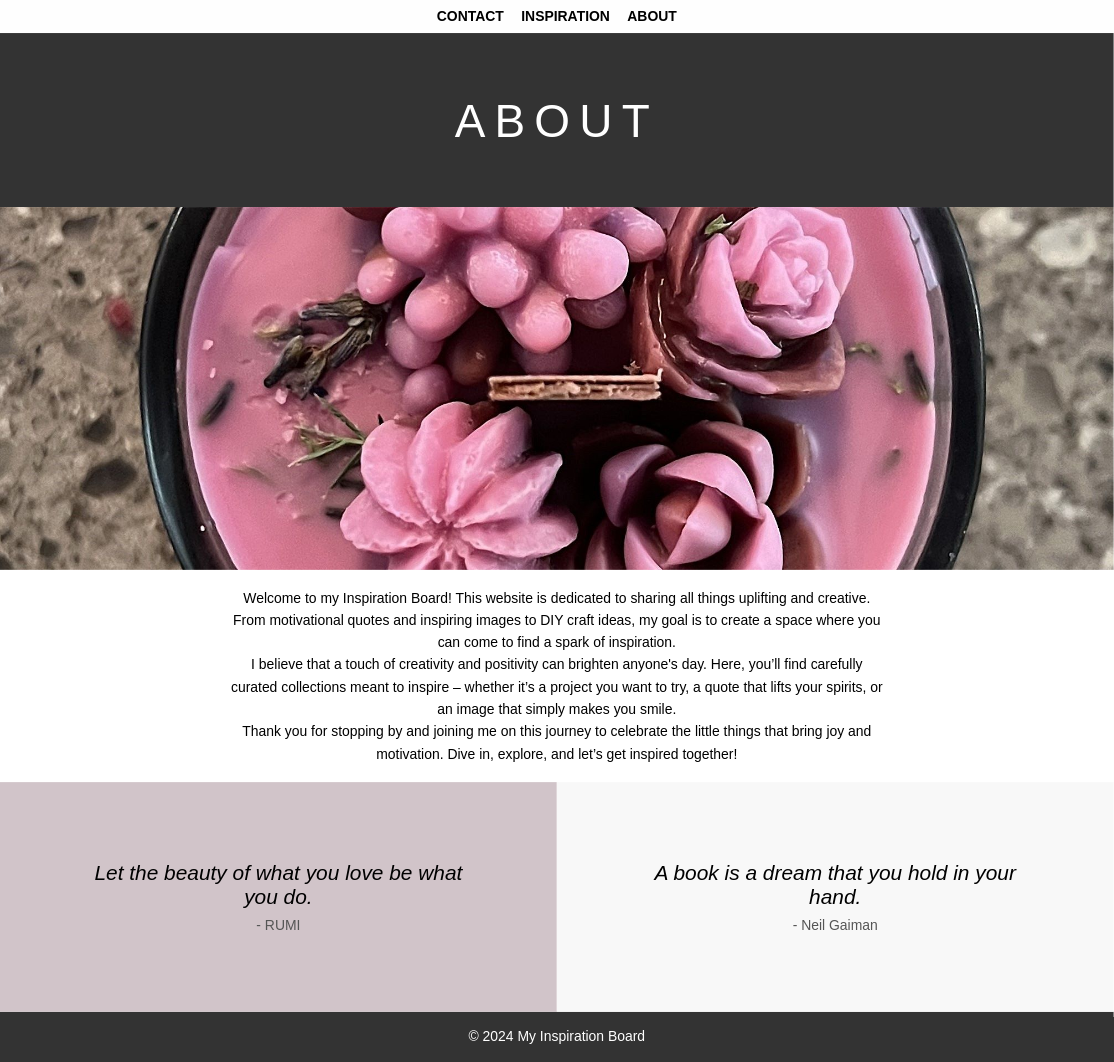
Repository: Brittany-Westlund/MART341-WebDesign
Page: WebDesignHomework/Assignment11/about.html
An editor plug-in stored every save of this project. The page is shown before and after the next save, followed by the edit.
The browser window is 1280 px wide. The pictures show the whole page, at 87% of full size.

Above is the page before, as saved 2024-11-03 20:04:40.

### WebDesignHomework/Assignment11/about.html
<!DOCTYPE html>
<html lang="en">
<head>
    <meta charset="UTF-8">
    <meta name="viewport" content="width=device-width, initial-scale=1.0">
    <title>My Inspiration Board</title>
    <link rel="stylesheet" href="style/style.css">
</head>
<body>

    <!-- Navigation -->
    <nav>
        <ul>
            <li><a href="contact.html">CONTACT</a></li>
            <li><a href="index.html">INSPIRATION</a></li>
            <li><a href="about.html">ABOUT</a></li>
        </ul>
    </nav>


    <div class="banner">ABOUT</div>

    <!-- Full-width image section -->
    <div>
        <img class="banner-image" src="images/succulent_candle_topview_banner.jpg">
    </div>

    <div class="about-section">
        <p>Welcome to my Inspiration Board! This website is dedicated to sharing all things uplifting and creative. From motivational quotes and inspiring images to DIY craft ideas, my goal is to create a space where you can come to find a spark of inspiration.</p>

        <p>I believe that a touch of creativity and positivity can brighten anyone's day. Here, you’ll find carefully curated collections meant to inspire – whether it’s a project you want to try, a quote that lifts your spirits, or an image that simply makes you smile.</p>

        <p>Thank you for stopping by and joining me on this journey to celebrate the little things that bring joy and motivation. Dive in, explore, and let’s get inspired together!</p>
    </div>

    <div class="two-column-block">
        <div class="left-section">
            <blockquote>Let the beauty of what you love be what you do.</blockquote>
            <p id="quote-author">- RUMI</p>
        </div>
        <div class="right-section">
            <blockquote>A book is a dream that you hold in your hand.</blockquote>
            <p id="quote-author">- Neil Gaiman</p>
        </div>
    </div>

    <!--
    Full-width video section if needed
    <div>
        <video class="full-width-video" autoplay muted loop>
            <source src="" type="video/mp4">
            Your browser does not support the video tag.
        </video>
    </div>

     Full-width image section if needed
    <div>
        <img class="banner-image" src="">
    </div>
    -->

    <!-- Footer -->
    <footer>
        &copy; 2024 My Inspiration Board
    </footer>
</body>
</html>

### WebDesignHomework/Assignment11/style/style.css
/* Reset default styles */
* {
    margin: 0;
    padding: 0;
    box-sizing: border-box;
}

body {
    font-family: Arial, sans-serif;
}

/* Navigation styling */
nav {
    background-color: #fefefe;
    padding: 10px;
    text-align: center;
}

nav ul {
    list-style-type: none;
    display: flex;
    justify-content: center;
    gap: 20px;
}

nav ul li a {
    color: #000;
    text-decoration: none;
    font-weight: bold;
}

/* Dark gray banner styling */
.banner {
    height: 200px;
    background-color: #333;
    color: white;
    display: flex;
    align-items: center;
    justify-content: center;
    font-size: 3.3em;
    text-align: center;
    letter-spacing: 0.2em;
}

/* Banner image styling */
.banner-image {
    width: 100%;
    height: auto;
    display: block;
}

/* Two-column block styling */
.two-column-block {
    display: flex;
}

.two-column-block div {
    flex: 1;
    padding: 90px;
    text-align: center;
}

.left-section {
    background-color: #d1c4c9;
}

.right-section {
    background-color: #f8f8f8;
}

.about-section {
    max-width: 800px; /* Limits the width for readability */
    margin: 0 auto; /* Centers the section horizontally */
    padding: 20px; /* Adds space inside the section */
    text-align: center; /* Centers the text */
    line-height: 1.6; /* Improves readability */
}

/* Styling for blockquote and author */
blockquote {
    font-size: 1.5em;
    font-style: italic;
    margin-bottom: 10px;
}

#quote-author {
    font-size: 1em;
    color: #555;
    margin-top: 5px;
}

/* Full-width video styling */
.full-width-video {
    width: 100%;
    height: 300px;
    object-fit: cover;
    display: block;
}

/* Footer styling */
footer {
    background-color: #333;
    color: white;
    text-align: center;
    padding: 20px;
}

After the next save:
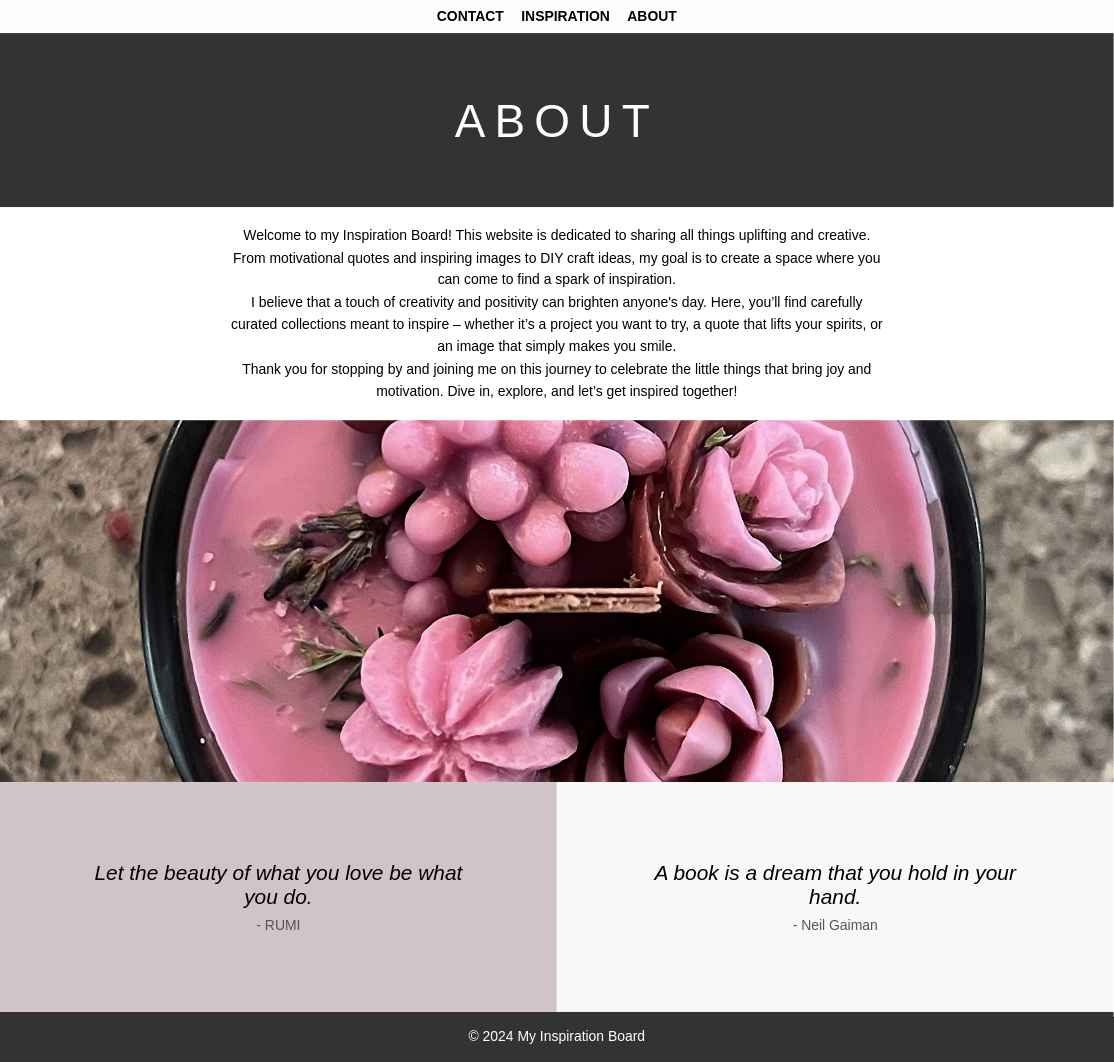
Saved 21 s later.
--- a/WebDesignHomework/Assignment11/about.html
+++ b/WebDesignHomework/Assignment11/about.html
@@ -20,17 +20,17 @@
 
     <div class="banner">ABOUT</div>
 
-    <!-- Full-width image section -->
-    <div>
-        <img class="banner-image" src="images/succulent_candle_topview_banner.jpg">
-    </div>
-
     <div class="about-section">
         <p>Welcome to my Inspiration Board! This website is dedicated to sharing all things uplifting and creative. From motivational quotes and inspiring images to DIY craft ideas, my goal is to create a space where you can come to find a spark of inspiration.</p>
 
         <p>I believe that a touch of creativity and positivity can brighten anyone's day. Here, you’ll find carefully curated collections meant to inspire – whether it’s a project you want to try, a quote that lifts your spirits, or an image that simply makes you smile.</p>
 
         <p>Thank you for stopping by and joining me on this journey to celebrate the little things that bring joy and motivation. Dive in, explore, and let’s get inspired together!</p>
+    </div>
+
+    <!-- Full-width image section -->
+    <div>
+        <img class="banner-image" src="images/succulent_candle_topview_banner.jpg">
     </div>
 
     <div class="two-column-block">
